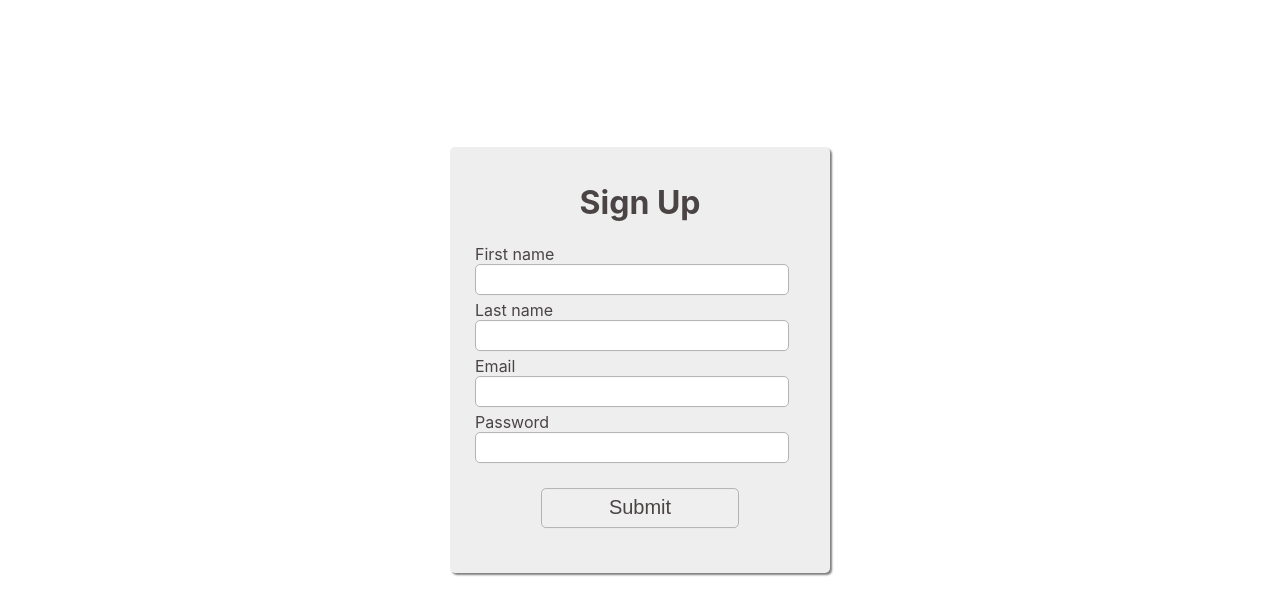
Repository: khamraeva/JSP-homework1-sighup
Page: /
These files come from the project's save history. The page is drawn as it stood at one moment and after the next save; the edit follows.
The browser window is 1280 px wide. The pictures show the whole page.
The project was rebuilt for these pictures with package versions that can differ from the ones it lists, and the page was loaded fresh each time.

Above is the page before, as saved 2020-07-22 19:18:07.

After the next save:
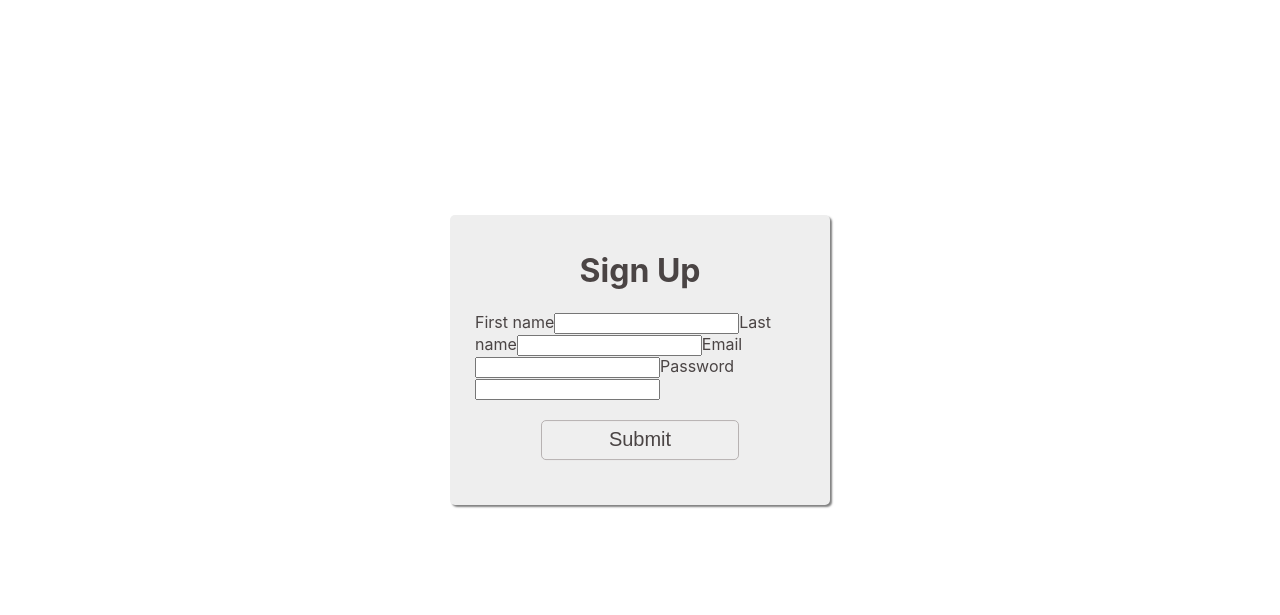
Saved 22 s later.
--- a/src/Components/Input/Input.css
+++ b/src/Components/Input/Input.css
@@ -2,7 +2,7 @@ label {
     color: rgb(74, 68, 68);
 }
 
-input {
+.input {
     display: block;
     box-sizing: border-box;
     border: 1px solid #bebebe;

After the save that followed:
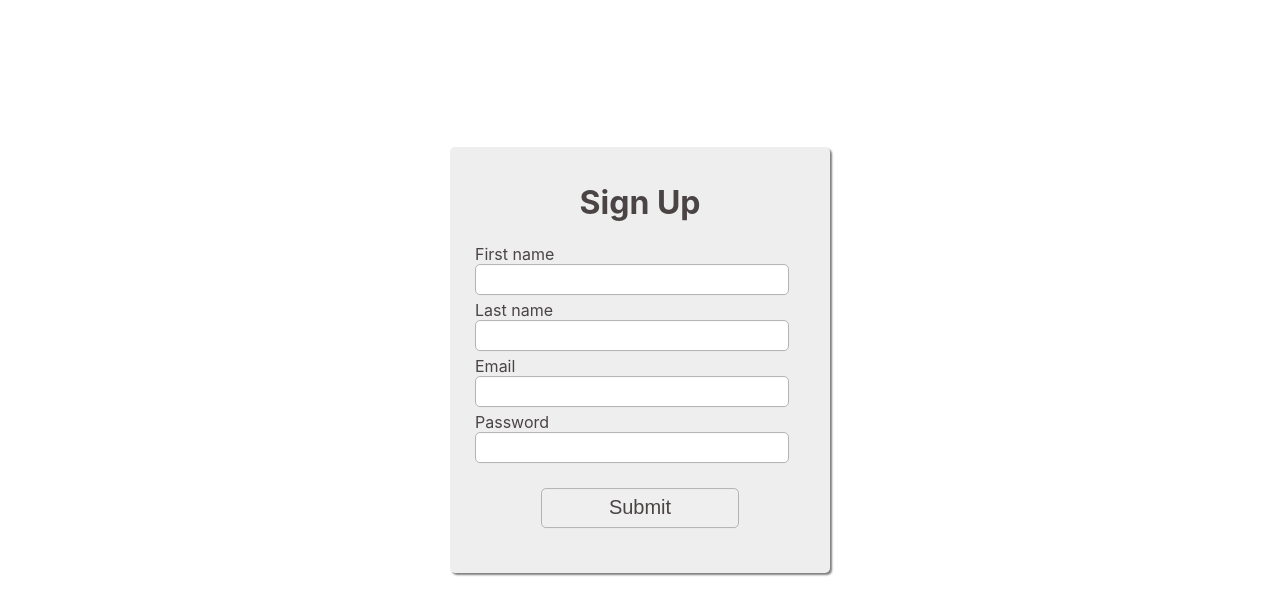
Saved 46 s later.
--- a/src/Components/Input/Input.js
+++ b/src/Components/Input/Input.js
@@ -4,8 +4,11 @@ import './Input.css';
 const Input = (props) => {
     return (
         <>
-            <label>{props.label}</label>
-            <input type={props.type}/>
+            <label className='label'>{props.label}</label>
+            <input
+                className='input'
+                type={props.type}
+            />
         </>
     );
 }
